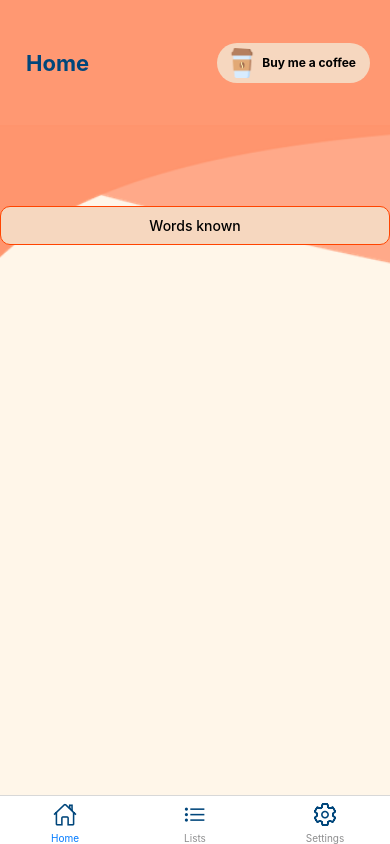
Repository: David-Waite/SpellingApp
Screen: /
These files come from the project's save history. The screen is drawn as it stood at one moment and after the next save; the edit follows.
The app was drawn by React Native's web renderer in a window 390 px wide. The project was rebuilt for these pictures with package versions that can differ from the ones it lists, and the page was loaded fresh each time. Also part of the build but not shown: screens/Settings.js, screens/SpellWord.js, screens/WordsLearnt.js, screens/WordListOverview.js, screens/WordLists.js, screens/Donate.js.

Above is the screen before, as saved 2023-06-22 21:54:13.

### App.js
import { NavigationContainer } from "@react-navigation/native";
import { StatusBar } from "expo-status-bar";
import { StyleSheet } from "react-native";
import { Ionicons } from "@expo/vector-icons";

import Home from "./screens/Home";
import Settings from "./screens/Settings";
import SpellWord from "./screens/SpellWord";
import WordsLearnt from "./screens/WordsLearnt";
import WordListOverview from "./screens/WordListOverview";
import WordLists from "./screens/WordLists";

import { createStackNavigator } from "@react-navigation/stack";
import { createBottomTabNavigator } from "@react-navigation/bottom-tabs";
import { GlobalStyles } from "./constants/styles";
import { Image } from "react-native";
import { ImageBackground } from "react-native";
import CoffeeBtn from "./components/ui/CoffeeBtn";
import Donate from "./screens/Donate";

const BottomTabs = createBottomTabNavigator();
const Stack = createStackNavigator();

function BottomTabsScreens() {
  return (
    <BottomTabs.Navigator>
      <BottomTabs.Screen
        name="Home"
        component={Home}
        headerShadowVisible={false}
        options={({ navigation }) => ({
          headerRight: () => (
            <CoffeeBtn
              onPress={() => {
                navigation.navigate("Donate");
              }}
            />
          ),
          title: "Home",
          tabBarLabel: "Home",
          headerTitleAlign: "left",
          headerShadowVisible: false,
          headerTitleStyle: {
            color: GlobalStyles.colors.accent500,
            fontSize: 22,
            marginLeft: 10,
            fontWeight: 700,
          },
          headerStyle: {
            backgroundColor: GlobalStyles.colors.primary400,
            height: 125,
          },

          tabBarIcon: ({ color, size }) => (
            <Ionicons
              name="home-outline"
              size={size}
              color={GlobalStyles.colors.accent500}
            />
          ),
        })}
      />
      <BottomTabs.Screen
        name="WordLists"
        component={WordLists}
        options={{
          title: "Word Lists",
          tabBarLabel: "Lists",
          tabBarIcon: ({ color, size }) => (
            <Ionicons
              name="list-outline"
              size={size}
              color={GlobalStyles.colors.accent500}
            />
          ),
        }}
      />
      <BottomTabs.Screen
        name="Settings"
        component={Settings}
        options={{
          title: "Settings",
          tabBarLabel: "Settings",
          tabBarIcon: ({ color, size }) => (
            <Ionicons
              name="settings-outline"
              size={size}
              color={GlobalStyles.colors.accent500}
            />
          ),
        }}
      />
    </BottomTabs.Navigator>
  );
}
export default function App() {
  return (
    <>
      <StatusBar style="light" />
      <NavigationContainer>
        <Stack.Navigator>
          <Stack.Screen
            name="BottomTabsScreen"
            component={BottomTabsScreens}
            options={{ headerShown: false }}
          />
          <Stack.Screen
            name="WordsLearnt"
            component={WordsLearnt}
            options={{ presentation: "modal" }}
          />
          <Stack.Screen name="WordListOverview" component={WordListOverview} />
          <Stack.Screen
            name="SpellWord"
            component={SpellWord}
            options={{ presentation: "modal" }}
          />
          <Stack.Screen
            name="Donate"
            component={Donate}
            options={{ presentation: "modal" }}
          />
        </Stack.Navigator>
      </NavigationContainer>
    </>
  );
}

const styles = StyleSheet.create({
  container: {
    flex: 1,
    backgroundColor: "#fff",
    alignItems: "center",
    justifyContent: "center",
  },
});

### screens/Home.js
import { ImageBackground, Text, View } from "react-native";

import { StyleSheet } from "react-native";
import { GlobalStyles } from "../constants/styles";

import WordsLearntCard from "../components/ui/WordsLearntCard";
function Home({ navigation }) {
  return (
    <View style={styles.container}>
      <ImageBackground
        style={styles.ImageBackground}
        source={require("../images/SpellingAppHeaderBackground.png")}
      >
        <WordsLearntCard navigation={navigation} />
      </ImageBackground>
    </View>
  );
}

export default Home;

const styles = StyleSheet.create({
  container: {
    flex: 1,
    backgroundColor: GlobalStyles.colors.background,
  },
  ImageBackground: {
    resizeMode: "contain",
    height: 200,
    justifyContent: "center",
  },
});

### constants/styles.js
export const GlobalStyles = {
  colors: {
    background: "#FFF6E9",
    primary50: "#FFF0E5",
    primary100: "#F6D7BF",
    primary100Dark: "#c7ad99",
    primary300: "#FFA989",
    primary400: "#FF9872",
    primary500: "#FF946E",
    primary800: "#FF4400",
    accent500: "#00467B",
    success500: "#0A8900",
    error500: "#FF0000",
  },
};

### components/ui/CoffeeBtn.js
import { Image } from "react-native";
import { StyleSheet } from "react-native";
import { Pressable } from "react-native";
import { View, Text } from "react-native";
import { GlobalStyles } from "../../constants/styles";

function CoffeeBtn({ onPress }) {
  return (
    <Pressable
      onPress={onPress}
      style={({ pressed }) => pressed && styles.pressed}
    >
      <View style={styles.conatiner}>
        <Image
          style={styles.coffee}
          source={require("../../images/coffee-cup.png")}
        />
        <Text style={styles.text}>Buy me a coffee</Text>
      </View>
    </Pressable>
  );
}

export default CoffeeBtn;

const styles = StyleSheet.create({
  conatiner: {
    backgroundColor: GlobalStyles.colors.primary100,
    borderRadius: 20,
    flexDirection: "row",
    alignItems: "center",
    paddingLeft: 10,
    paddingRight: 14,
    paddingVertical: 5,
    gap: 5,
    marginRight: 20,
  },
  text: {
    fontSize: 12,
    fontWeight: 700,
  },
  coffee: {
    width: 30,
    height: 30,
  },
  pressed: {
    backgroundColor: GlobalStyles.colors.primary100Dark,
    borderRadius: 20,
  },
});

### components/ui/WordsLearntCard.js
import { Text, StyleSheet } from "react-native";

import { GlobalStyles } from "../../constants/styles";
import { Pressable } from "react-native";
import { View } from "react-native";

function WordsLearntCard({ navigation }) {
  return (
    <Pressable onPress={() => navigation.navigate("WordsLearnt")}>
      <View style={styles.container}>
        <Text style={styles.WordsKnownText}>Words known</Text>
      </View>
    </Pressable>
  );
}

export default WordsLearntCard;

const styles = StyleSheet.create({
  container: {
    backgroundColor: GlobalStyles.colors.primary100,
    paddingHorizontal: 10,
    paddingVertical: 10,
    borderRadius: 10,
    borderColor: GlobalStyles.colors.primary800,
    borderWidth: 1,
  },
  WordsKnownText: {
    textAlign: "center",
    fontWeight: "500",
  },
  pressed: {
    opacity: 0.75,
  },
});

After the next save:
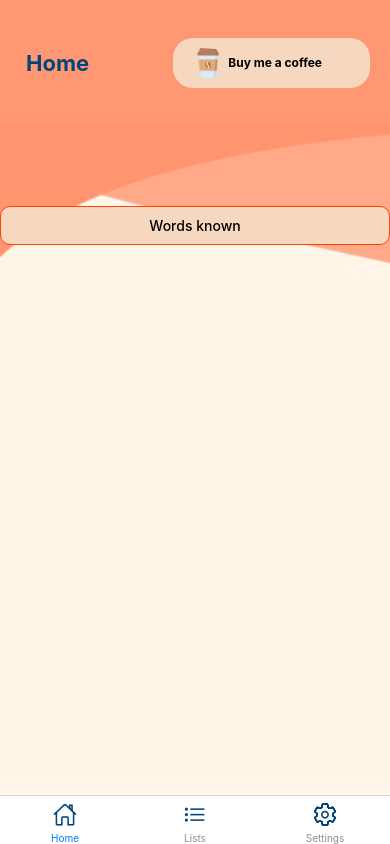
Saved 28 s later.
--- a/components/ui/CoffeeBtn.js
+++ b/components/ui/CoffeeBtn.js
@@ -8,7 +8,7 @@ function CoffeeBtn({ onPress }) {
   return (
     <Pressable
       onPress={onPress}
-      style={({ pressed }) => pressed && styles.pressed}
+      style={({ pressed }) => [styles.conatiner, pressed && styles.pressed]}
     >
       <View style={styles.conatiner}>
         <Image
